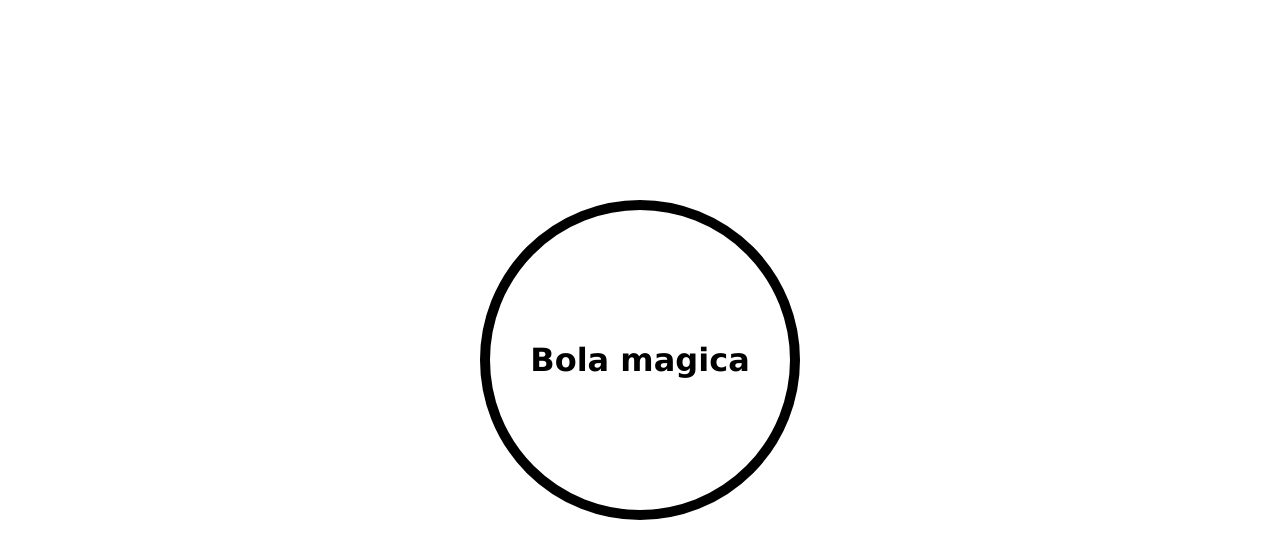
Repository: Kevin8548/FundamentosJS
Page: index.html
These files come from the project's save history. The page is drawn as it stood at one moment and after the next save; the edit follows.
The browser window is 1280 px wide. The pictures show the whole page.

Above is the page before, as saved 2024-09-20 10:04:03.

After the next save:
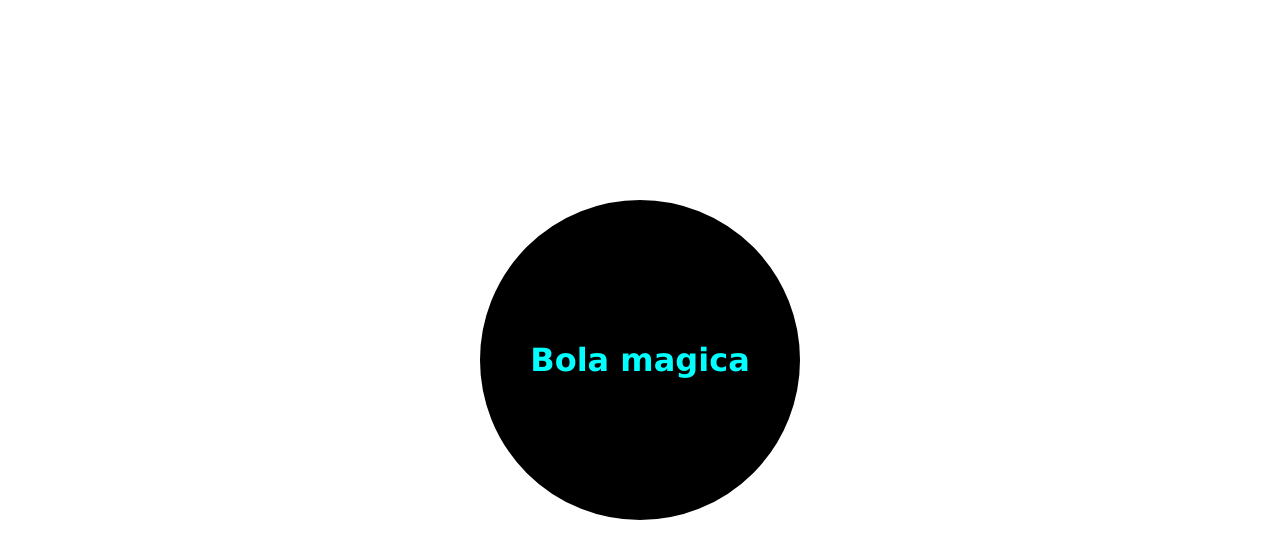
Saved 100 s later.
--- a/index.html
+++ b/index.html
@@ -21,9 +21,11 @@
             border:10px solid black ;
             display: grid;
             place-items: center;
+            background-color: black;
         }
         h1{
             text-align: center;
+            color:cyan
         }
     </style>
 </head>
